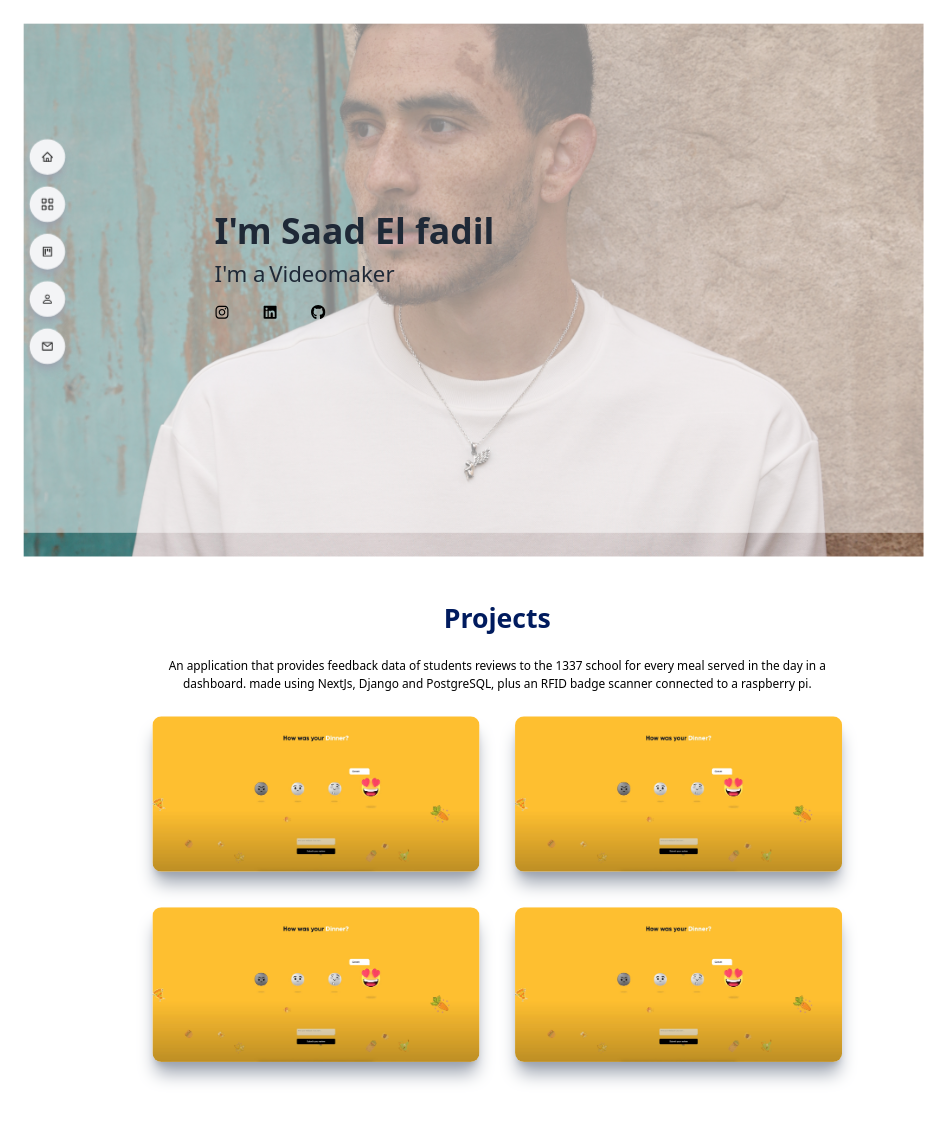
Repository: Saadelfadil/saadelfadil.github.io
Page: /
An editor plug-in stored every save of this project. The page is shown before and after a run of saves, followed by the edit.
The browser window is 1280 px wide. The pictures show the whole page, at 74% of full size.
The project was rebuilt for these pictures with package versions that can differ from the ones it lists, and the page was loaded fresh each time. Also part of the build but not shown: vite.config.js.

Above is the page before, as saved 2023-02-26 18:28:44.

### src/App.jsx
import './App.css'
import Sidenave from './components/Sidenave'
import Main from './components/Main'
import Projects from './components/Projects'

function App() {

  return (
    <div>
      <Sidenave />
      <Main />
      <Projects />
    </div>
  )
}

export default App

### src/components/Sidenave.jsx
import React, { useState } from "react";
import { AiOutlineHome, AiOutlineMail, AiOutlineMenu, AiOutlineProject } from "react-icons/ai"
import { GrProjects } from "react-icons/gr"
import { BsPerson } from "react-icons/bs"

const Sidenave = () => {
    const [nav, setNav] = useState(false)

    const handleNav = () => {
        setNav((prev) => prev = !nav);
    };

  return (
    <div>
        <AiOutlineMenu onClick={handleNav} className="absolute top-4 right-4 z-[100] md:hidden"/>
        {
            nav ? (
                <div className="fixed w-full h-screen bg-white/90 flex flex-col justify-center items-center z-20">
                    <a href="#main" className="w-[75%] flex justify-center rounded-full shadow-lg bg-gray-100 shadow-gray-400 m-2 p-4 cursor-pointer hover:scale-110 ease-in duration-200">
                        <AiOutlineHome size={20}/>
                        <span className="pl-4">Home</span>
                    </a>
                    <a href="#work" className="w-[75%] flex justify-center rounded-full shadow-lg bg-gray-100 shadow-gray-400 m-2 p-4 cursor-pointer hover:scale-110 ease-in duration-200">
                        <GrProjects size={20}/>
                        <span className="pl-4">Work</span>
                    </a>
                    <a href="#projects" className="w-[75%] flex justify-center rounded-full shadow-lg bg-gray-100 shadow-gray-400 m-2 p-4 cursor-pointer hover:scale-110 ease-in duration-200">
                        <AiOutlineProject size={20}/>
                        <span className="pl-4">Projects</span>
                    </a>
                    <a href="#main" className="w-[75%] flex justify-center rounded-full shadow-lg bg-gray-100 shadow-gray-400 m-2 p-4 cursor-pointer hover:scale-110 ease-in duration-200">
                        <BsPerson size={20}/>
                        <span className="pl-4">Resume</span>
                    </a>
                    <a href="#contact" className="w-[75%] flex justify-center rounded-full shadow-lg bg-gray-100 shadow-gray-400 m-2 p-4 cursor-pointer hover:scale-110 ease-in duration-200">
                        <AiOutlineMail size={20}/>
                        <span className="pl-4">Contact</span>
                    </a>
                </div>
            ) : ""
        }

        <div className="md:block hidden fixed top-[25%] z-10">
            <div className="flex flex-col">
                <a href="#main" className="rounded-full shadow-lg bg-gray-100 shadow-gray-400 m-2 p-4 cursor-pointer hover:scale-110 ease-in duration-300 ">
                    <AiOutlineHome />
                </a>
                <a href="#work" className="rounded-full shadow-lg bg-gray-100 shadow-gray-400 m-2 p-4 cursor-pointer hover:scale-110 ease-in duration-300 ">
                    <GrProjects />
                </a>
                <a href="#projects" className="rounded-full shadow-lg bg-gray-100 shadow-gray-400 m-2 p-4 cursor-pointer hover:scale-110 ease-in duration-300 ">
                    <AiOutlineProject />
                </a>
                <a href="#main" className="rounded-full shadow-lg bg-gray-100 shadow-gray-400 m-2 p-4 cursor-pointer hover:scale-110 ease-in duration-300 ">
                    <BsPerson />
                </a>
                <a href="#contact" className="rounded-full shadow-lg bg-gray-100 shadow-gray-400 m-2 p-4 cursor-pointer hover:scale-110 ease-in duration-300 ">
                    <AiOutlineMail />
                </a>
            </div>
        </div>
    </div>
  )
};

export default Sidenave;

### src/components/Main.jsx
import React from "react";
import { TypeAnimation } from "react-type-animation"
import { FaGithub, FaInstagram, FaLinkedin } from "react-icons/fa"

const Main = () => {
  return (
    <div id="main">
        <img className="w-full h-screen object-cover object-right " src="/src/assets/saadelfadil.jpg" alt="saadelfadil" />
        <div className="w-full h-screen absolute top-0 left-0 bg-white/50 ">
            <div className="max-w-[700px] m-auto h-full w-full flex flex-col justify-center lg:items-start items-center ">
                <h1 className="sm:text-5xl text-4xl font-bold text-gray-800">I'm Saad El fadil</h1>
                <h2 className="flex sm:text-3xl text-2xl pt-4 text-gray-800">I'm a
                    <TypeAnimation
                        sequence={[
                            'Software Engineer', // Types 'One'
                            1000, // Waits 1s
                            'Videomaker', // Deletes 'One' and types 'Two'
                            2000, // Waits 2s
                        ]}
                        wrapper="div"
                        cursor={true}
                        repeat={Infinity}
                        style={{ fontSize: '1em', paddingLeft: "5px" }}
                    />
                </h2>
                <div className="flex justify-between pt-6 max-w-[150px] w-full">
                        <FaInstagram size={20} className="cursor-pointer"/>
                        <FaLinkedin size={20} className="cursor-pointer"/>
                        <FaGithub size={20} className="cursor-pointer"/>
                </div>
            </div>
        </div>
    </div>
  )
};

export default Main;

### src/components/Projects.jsx
import React from "react";
import ProjectItem from "./ProjectItem";
import img from "../assets/1337_foodback.png";

const Projects = () => {
  return (
    <div id="projects" className="max-w-[1028px] m-auto md:pl-20 p-4 py-16">
        <h1 className="text-4xl font-bold text-center text-[#001b5e] ">Projects</h1>
        <p className="text-center py-8">
            An application that provides feedback data of students reviews to the 1337 school for every meal served in the day in a dashboard. made using NextJs, Django and PostgreSQL, plus an RFID badge scanner connected to a raspberry pi.
        </p>
        <div className="grid sm:grid-cols-2 gap-12">
            <ProjectItem img={img} title="1337 FoodBack"/>
            <ProjectItem img={img} title="App 2"/>
            <ProjectItem img={img} title="App 3"/>
            <ProjectItem img={img} title="App 4"/>
        </div>
    </div>
  )
};

export default Projects;

### src/components/ProjectItem.jsx
import React from "react";

const ProjectItem = ({img, title}) => {
  return (
    <div className="relative flex items-center justify-center w-full h-auto shadow-xl shadow-gray-400 rounded-xl group hover:bg-gradient-to-r from-gray-200 to-[#001b5e]">
        <img src={img} alt="/" className="rounded-xl group-hover:opacity-10" />
        <div className="hidden group-hover:block absolute top-[50%] left-[50%] translate-x-[-50%] translate-y-[-50%] ">
            <h3 className="text-xl font-bold text-white  text-center">
                {title}
            </h3>
            <p className="pb-4 pt-2 text-white text-center">React Js</p>
            <a href="/">
                <p className="text-center p-2 rounded-lg bg-white text-gray-700 font-bold cursor-pointer text-sm">More Info</p>
            </a>
        </div>
    </div>
  )
};

export default ProjectItem;

Loaded but not shown: index.html (common file); src/main.jsx (common file); src/index.css (common file); src/App.css (common file); tailwind.config.cjs (common file)

After the next 6 saves:
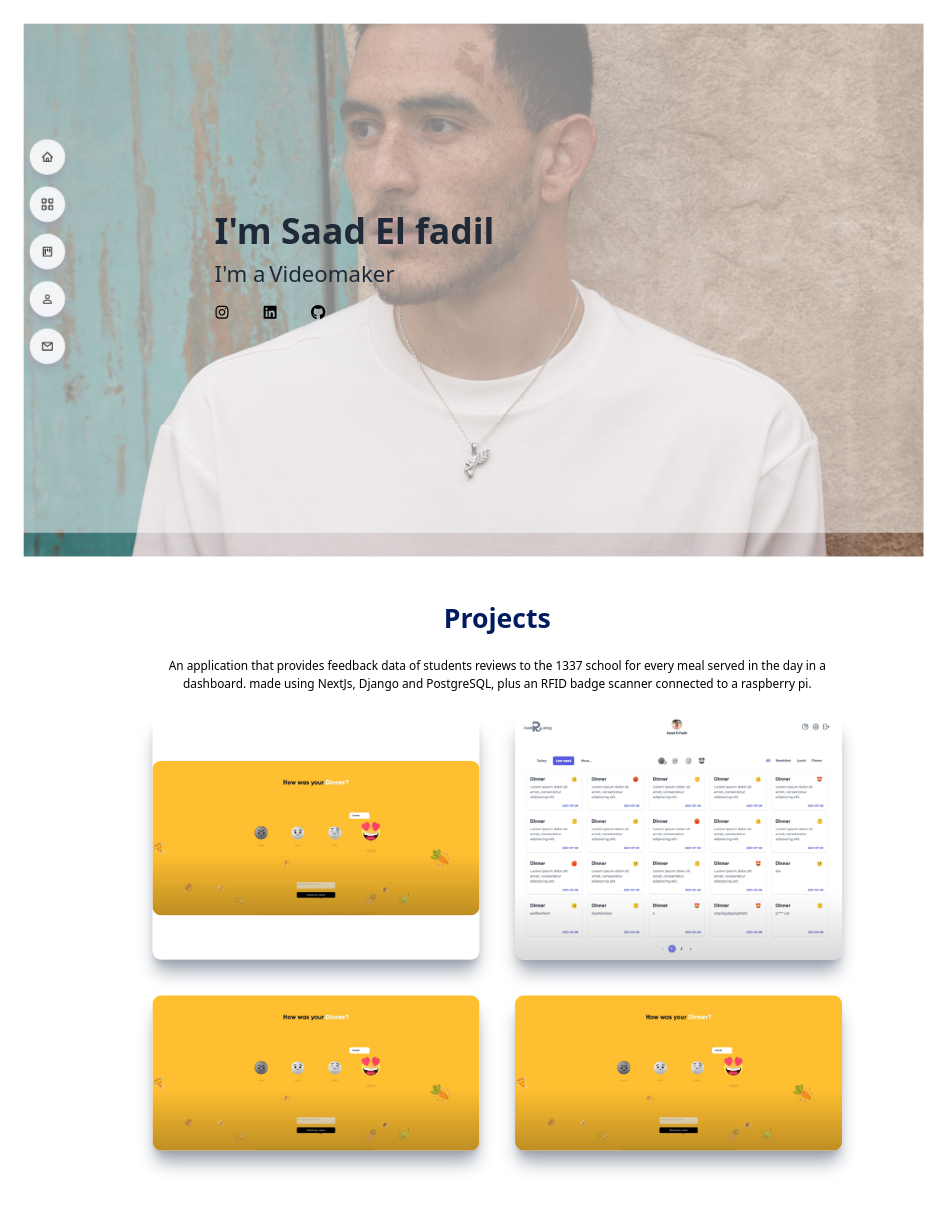
The 6 saves are shown as one change because they came seconds apart.
The last was saved 75 s later.
--- a/src/components/Projects.jsx
+++ b/src/components/Projects.jsx
@@ -1,6 +1,8 @@
 import React from "react";
 import ProjectItem from "./ProjectItem";
 import img from "../assets/1337_foodback.png";
+import img2 from "../assets/1337_foodback_2.png";
+
 
 const Projects = () => {
   return (
@@ -11,7 +13,7 @@ const Projects = () => {
         </p>
         <div className="grid sm:grid-cols-2 gap-12">
             <ProjectItem img={img} title="1337 FoodBack"/>
-            <ProjectItem img={img} title="App 2"/>
+            <ProjectItem img={img2} title="App 2"/>
             <ProjectItem img={img} title="App 3"/>
             <ProjectItem img={img} title="App 4"/>
         </div>
